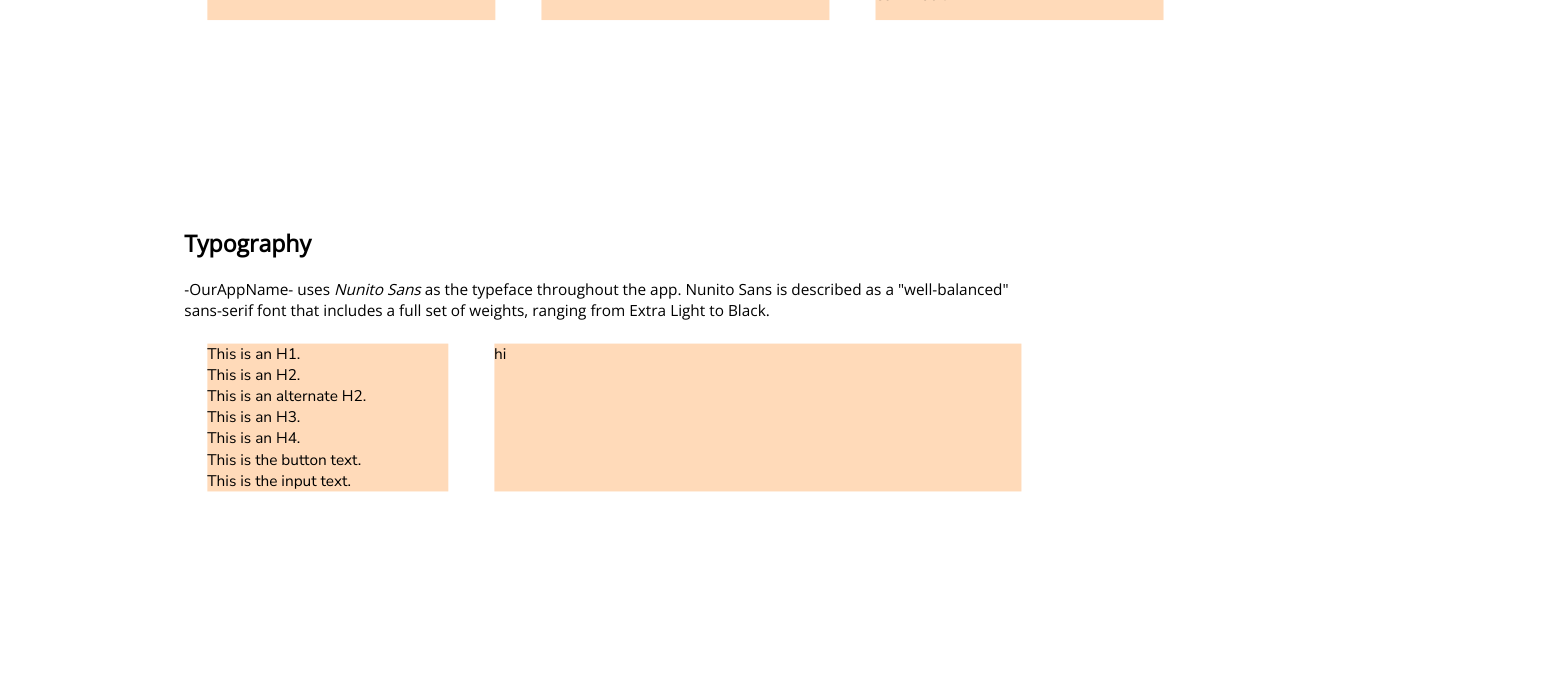
Repository: seohyun9672/Timearth-A6Styleguide
Page: page2.html
These files come from the project's save history. The page is drawn as it stood at one moment and after the next save; the edit follows.
The browser window is 1280 px wide. The page is 1632 px wide, so the pictures cover 1632 px, including what lies to the right of the window. The pictures show the part of the page from y = 1602 to 2330 px (the page is 2330 px tall), at 96% of full size.

Above is the page before, as saved 2022-03-19 17:19:43.

After the next save:
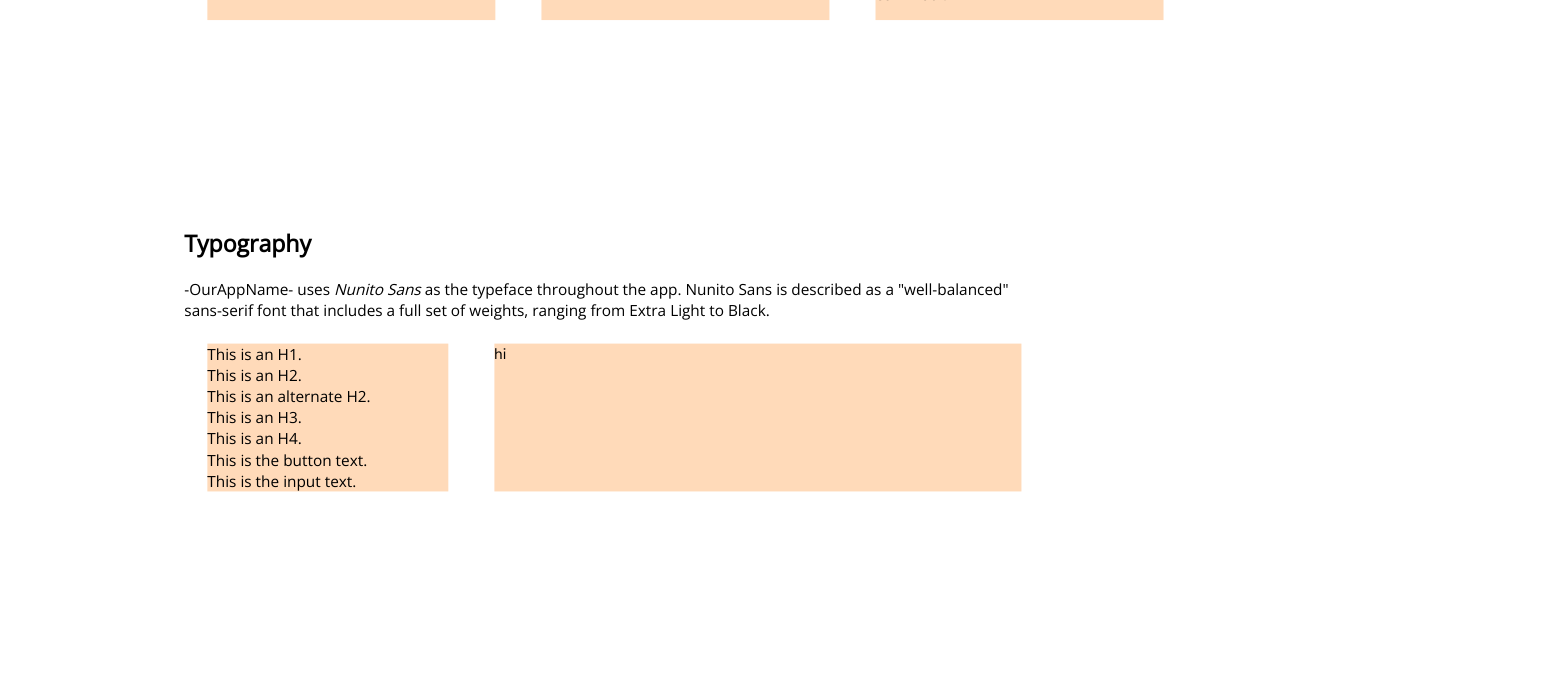
Saved 23 s later.
--- a/page2.html
+++ b/page2.html
@@ -74,10 +74,10 @@
         app. Nunito Sans is described as a "well-balanced" sans-serif font that includes a full set of weights, ranging from Extra Light to Black.
       </div>
       <div class="col-2">
-        <div class="col nunito">
-            <div class="nunito-h1">This is an H1.</div>
+        <div class="col">
+            <div>This is an H1.</div>
 
-            <div class="nunito-h2">This is an H2.</div>
+            <div>This is an H2.</div>
 
             <div>This is an alternate H2.</div>
 
